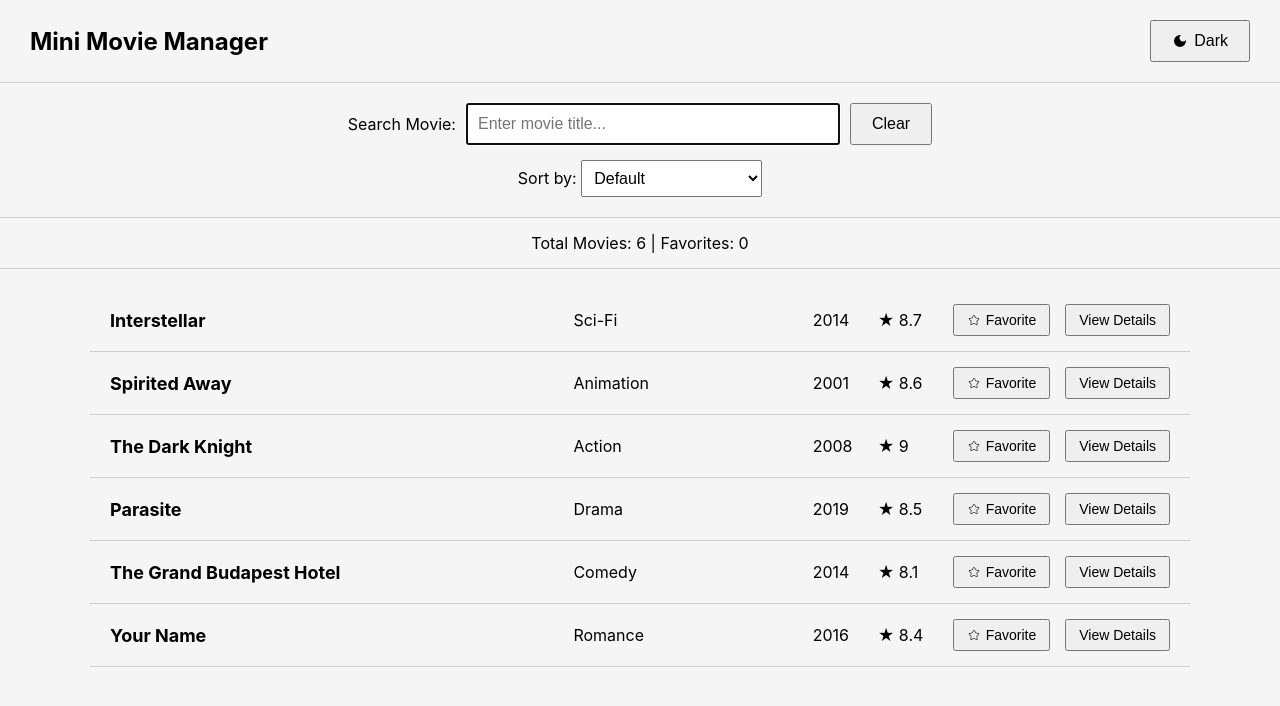
Repository: duyndhe195099/fer202_lab2
Page: /
The author's editor kept a copy of each file at every save. The page is drawn from the files as they stood at one save, then again after the next save.
The browser window is 1280 px wide. The pictures show the whole page.
The project was rebuilt for these pictures with package versions that can differ from the ones it lists, and the page was loaded fresh each time. Also part of the build but not shown: src/components/MovieDetail.js.

Above is the page before, as saved 2026-10-02 11:01:28.

### src/index.js
import React from "react";
import ReactDOM from "react-dom/client";
import "./index.css";
import App from "./App";
import { ThemeProvider } from "./context/ThemeContext";

const root = ReactDOM.createRoot(document.getElementById("root"));
root.render(
  <React.StrictMode>
    <ThemeProvider>
      <App />
    </ThemeProvider>
  </React.StrictMode>
);

### src/App.js
import { useCallback, useContext, useMemo, useState } from "react";

import Header from "./components/Header";
import SearchBar from "./components/SearchBar";
import GenreFilter from "./components/GenreFilter";
import MovieList from "./components/MovieList";
import MovieDetail from "./components/MovieDetail";

import { ThemeContext } from "./context/ThemeContext";
import useLocalStorage from "./hooks/useLocalStorage";
import { movies } from "./datas/movies";

function App() {
  // useContext
  const { darkMode } = useContext(ThemeContext);

  // useState
  const [keyword, setKeyword] = useState("");
  const [genre, setGenre] = useState("All Genres");
  const [sortBy, setSortBy] = useState("default");
  const [selectedMovie, setSelectedMovie] = useState(null);

  // useState + useEffect + localStorage (key: movie_favorites)
  const [favorites, setFavorites] = useLocalStorage("movie_favorites", []);

  // useCallback - thêm/bỏ yêu thích
  const toggleFavorite = useCallback(
    (id) => {
      setFavorites((prev) =>
        prev.includes(id) ? prev.filter((f) => f !== id) : [...prev, id],
      );
    },
    [setFavorites],
  );

  // useCallback - xem chi tiết (chỉ giữ 1 phim được chọn)
  const viewDetail = useCallback((movie) => {
    setSelectedMovie(movie);
  }, []);

  // useMemo - tính danh sách cuối cùng: tìm kiếm + lọc thể loại + sắp xếp
  const filteredMovies = useMemo(() => {
    const kw = keyword.trim().toLowerCase();

    const result = movies.filter((movie) => {
      const matchGenre = genre === "All Genres" || movie.genre === genre;
      const matchTitle = movie.title.toLowerCase().includes(kw);
      return matchGenre && matchTitle;
    });

    if (sortBy === "desc") {
      result.sort((a, b) => b.rating - a.rating);
    } else if (sortBy === "asc") {
      result.sort((a, b) => a.rating - b.rating);
    }

    return result;
  }, [keyword, genre, sortBy]);

  return (
    <div
      style={{
        minHeight: "100vh",
        backgroundColor: darkMode ? "#222" : "#f5f5f5",
        color: darkMode ? "white" : "black",
      }}
    >
      <Header />

      <section style={{ padding: "20px", borderBottom: "1px solid #ccc" }}>
        <SearchBar keyword={keyword} setKeyword={setKeyword} />

        <div
          style={{
            display: "flex",
            justifyContent: "center",
            gap: "30px",
            marginTop: "15px",
          }}
        >
          <GenreFilter genre={genre} setGenre={setGenre} />

          <label style={{ fontSize: "16px" }}>
            Sort by:{" "}
            <select
              value={sortBy}
              onChange={(e) => setSortBy(e.target.value)}
              style={{ padding: "8px", fontSize: "16px" }}
            >
              <option value="default">Default</option>
              <option value="desc">Rating: High → Low</option>
              <option value="asc">Rating: Low → High</option>
            </select>
          </label>
        </div>
      </section>

      <p
        style={{
          textAlign: "center",
          margin: 0,
          padding: "15px",
          borderBottom: "1px solid #ccc",
        }}
      >
        Total Movies: {filteredMovies.length} | Favorites: {favorites.length}
      </p>

      <div
        style={{
          display: "flex",
          alignItems: "flex-start",
          gap: "20px",
          maxWidth: "1100px",
          margin: "20px auto",
          padding: "0 20px",
        }}
      >
        <div style={{ flex: 1 }}>
          <MovieList
            movies={filteredMovies}
            favorites={favorites}
            toggleFavorite={toggleFavorite}
            viewDetail={viewDetail}
          />
        </div>

        {selectedMovie && (
          <MovieDetail
            movie={selectedMovie}
            onClose={() => setSelectedMovie(null)}
          />
        )}
      </div>
    </div>
  );
}

export default App;

### src/context/ThemeContext.js
import { createContext, useState } from "react";

export const ThemeContext = createContext();

export function ThemeProvider({ children }) {
  const [darkMode, setDarkMode] = useState(false);

  const toggleTheme = () => setDarkMode((prev) => !prev);

  return (
    <ThemeContext.Provider value={{ darkMode, toggleTheme }}>
      {children}
    </ThemeContext.Provider>
  );
}

### src/components/Header.js
import { useContext } from "react";
import { CiLight } from "react-icons/ci";
import { MdDarkMode } from "react-icons/md";
import { ThemeContext } from "../context/ThemeContext";

function Header() {
  const { darkMode, toggleTheme } = useContext(ThemeContext);

  return (
    <header
      style={{
        display: "flex",
        justifyContent: "space-between",
        alignItems: "center",
        padding: "20px 30px",
        borderBottom: "1px solid #ccc",
      }}
    >
      <h1 style={{ margin: 0, fontSize: "24px" }}>Mini Movie Manager</h1>

      <button
        onClick={toggleTheme}
        style={{
          display: "flex",
          alignItems: "center",
          gap: "6px",
          padding: "10px 20px",
          fontSize: "16px",
          cursor: "pointer",
        }}
      >
        {darkMode ? (
          <>
            <CiLight /> Light
          </>
        ) : (
          <>
            <MdDarkMode /> Dark
          </>
        )}
      </button>
    </header>
  );
}

export default Header;

### src/components/SearchBar.js
import { useEffect, useRef } from "react";

function SearchBar({ keyword, setKeyword }) {
  const inputRef = useRef(null);

  // Tự động focus khi mở trang
  useEffect(() => {
    inputRef.current.focus();
  }, []);

  const handleClear = () => {
    setKeyword("");
    inputRef.current.focus();
  };

  return (
    <div style={{ display: "flex", justifyContent: "center", gap: "10px" }}>
      <label style={{ alignSelf: "center", fontSize: "16px" }}>
        Search Movie:
      </label>

      <input
        ref={inputRef}
        type="text"
        value={keyword}
        placeholder="Enter movie title..."
        onChange={(e) => setKeyword(e.target.value)}
        style={{ width: "350px", padding: "10px", fontSize: "16px" }}
      />

      <button
        onClick={handleClear}
        style={{ padding: "10px 20px", fontSize: "16px", cursor: "pointer" }}
      >
        Clear
      </button>
    </div>
  );
}

export default SearchBar;

### src/components/GenreFilter.js
const genres = [
  "All Genres",
  "Action",
  "Animation",
  "Comedy",
  "Drama",
  "Romance",
  "Sci-Fi",
];

function GenreFilter({ genre, setGenre }) {

}

export default GenreFilter;

### src/components/MovieList.js
import MovieItem from "./MovieItem";

function MovieList({ movies, favorites, toggleFavorite, viewDetail }) {
  if (movies.length === 0) {
    return (
      <p style={{ textAlign: "center", padding: "30px" }}>No movies found.</p>
    );
  }

  return (
    <section>
      {movies.map((movie) => (
        <MovieItem
          key={movie.id}
          movie={movie}
          isFavorite={favorites.includes(movie.id)}
          toggleFavorite={toggleFavorite}
          viewDetail={viewDetail}
        />
      ))}
    </section>
  );
}

export default MovieList;

### src/hooks/useLocalStorage.js
import { useEffect, useState } from "react";

function useLocalStorage(key, initialValue) {
  const [value, setValue] = useState(initialValue);
  const [loaded, setLoaded] = useState(false);

  // Load dữ liệu khi app khởi động
  useEffect(() => {
    const saved = localStorage.getItem(key);

    if (saved) {
      setValue(JSON.parse(saved));
    }

    setLoaded(true);
  }, [key]);

  // Lưu dữ liệu mỗi khi value thay đổi
  useEffect(() => {
    if (loaded) {
      localStorage.setItem(key, JSON.stringify(value));
    }
  }, [key, value, loaded]);

  return [value, setValue];
}

export default useLocalStorage;

### src/datas/movies.js
export const movies = [
    {
        id: 1,
        title: "Interstellar",
        genre: "Sci-Fi",
        year: 2014,
        rating: 8.7,
        director: "Christopher Nolan",
        duration: 169,
        description:
            "A group of astronauts travels through space to search for a new home for humanity."
    },
    {
        id: 2,
        title: "Spirited Away",
        genre: "Animation",
        year: 2001,
        rating: 8.6,
        director: "Hayao Miyazaki",
        duration: 125,
        description:
            "A young girl enters a mysterious world and tries to save her parents."
    },
    {
        id: 3,
        title: "The Dark Knight",
        genre: "Action",
        year: 2008,
        rating: 9.0,
        director: "Christopher Nolan",
        duration: 152,
        description:
            "Batman faces a dangerous criminal who creates chaos in Gotham City."
    },
    {
        id: 4,
        title: "Parasite",
        genre: "Drama",
        year: 2019,
        rating: 8.5,
        director: "Bong Joon-ho",
        duration: 132,
        description:
            "A poor family gradually becomes involved in the life of a wealthy family."
    },
    {
        id: 5,
        title: "The Grand Budapest Hotel",
        genre: "Comedy",
        year: 2014,
        rating: 8.1,
        director: "Wes Anderson",
        duration: 100,
        description:
            "A series of unusual events takes place at a famous European hotel."
    },
    {
        id: 6,
        title: "Your Name",
        genre: "Romance",
        year: 2016,
        rating: 8.4,
        director: "Makoto Shinkai",
        duration: 106,
        description:
            "Two young people mysteriously experience each other's lives."
    }
];

### src/components/MovieItem.js
import { memo } from "react";
import { CiStar } from "react-icons/ci";
import { FaStar } from "react-icons/fa";

function MovieItem({ movie, isFavorite, toggleFavorite, viewDetail }) {
  const buttonStyle = {
    display: "flex",
    alignItems: "center",
    gap: "5px",
    padding: "6px 12px",
    fontSize: "14px",
    cursor: "pointer",
  };

  return (
    <div
      style={{
        display: "flex",
        alignItems: "center",
        gap: "15px",
        padding: "15px 20px",
        borderBottom: "1px solid #ccc",
      }}
    >
      <span style={{ flex: 2, fontSize: "18px", fontWeight: "bold" }}>
        {movie.title}
      </span>

      <span style={{ flex: 1 }}>{movie.genre}</span>

      <span style={{ width: "50px" }}>{movie.year}</span>

      <span style={{ width: "60px" }}>★ {movie.rating}</span>

      <button onClick={() => toggleFavorite(movie.id)} style={buttonStyle}>
        {isFavorite ? (
          <>
            <FaStar /> Unfavorite
          </>
        ) : (
          <>
            <CiStar /> Favorite
          </>
        )}
      </button>

      <button onClick={() => viewDetail(movie)} style={buttonStyle}>
        View Details
      </button>
    </div>
  );
}

export default memo(MovieItem);

Loaded but not shown: public/index.html (common file); src/index.css (common file)

After the next save:
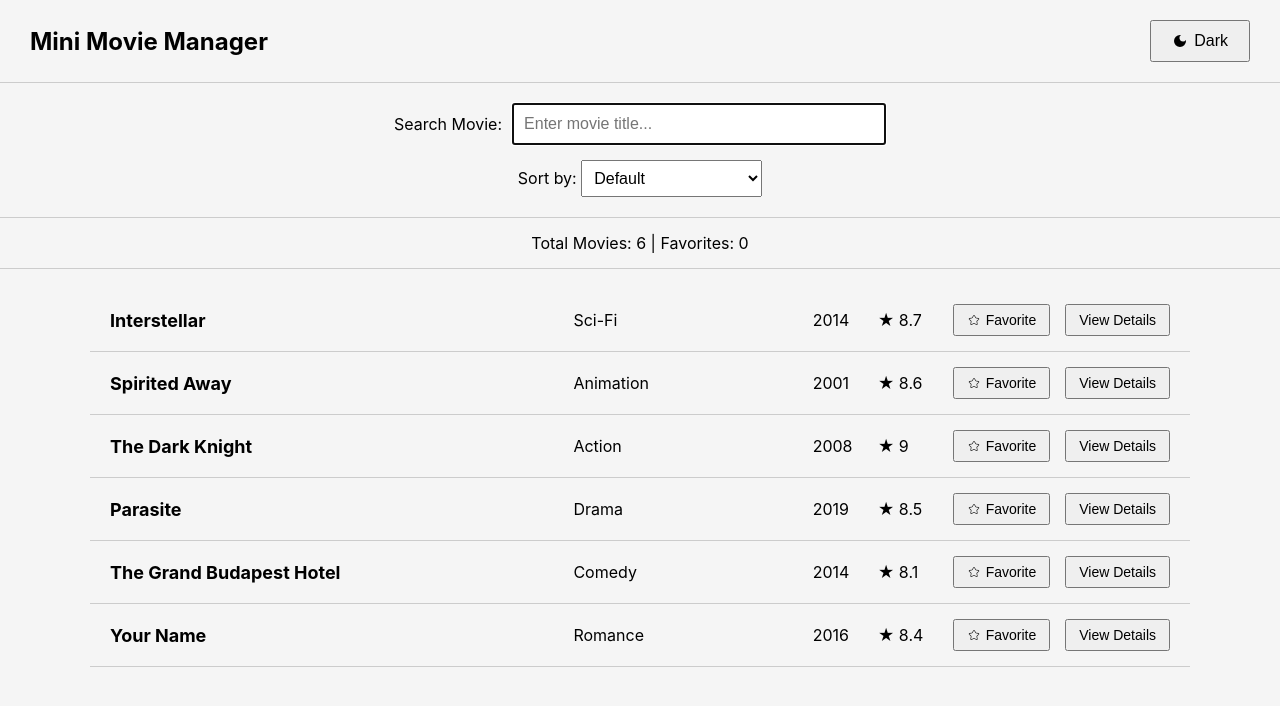
Saved 3 min 36 s later.
--- a/src/components/SearchBar.js
+++ b/src/components/SearchBar.js
@@ -3,7 +3,7 @@ import { useEffect, useRef } from "react";
 function SearchBar({ keyword, setKeyword }) {
   const inputRef = useRef(null);
 
-  // Tự động focus khi mở trang
+
   useEffect(() => {
     inputRef.current.focus();
   }, []);
@@ -28,12 +28,7 @@ function SearchBar({ keyword, setKeyword }) {
         style={{ width: "350px", padding: "10px", fontSize: "16px" }}
       />
 
-      <button
-        onClick={handleClear}
-        style={{ padding: "10px 20px", fontSize: "16px", cursor: "pointer" }}
-      >
-        Clear
-      </button>
+
     </div>
   );
 }
